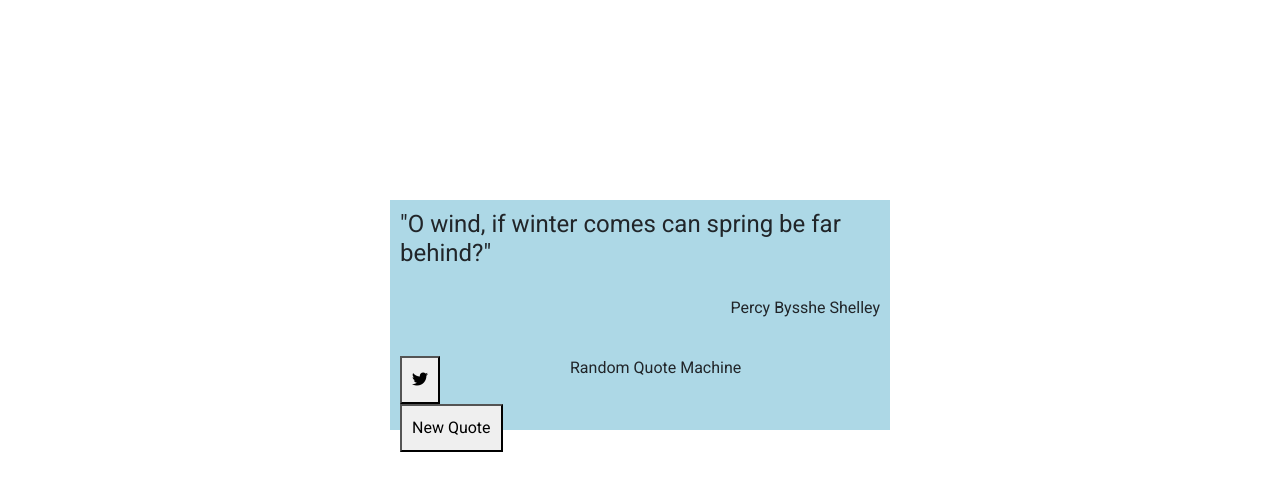
Repository: derektypist/random-quote-machine
Page: index.html
The author's editor kept a record of every edit. The page is drawn from the files as they stood at one moment, then again after the next edit.
The browser window is 1280 px wide. The pictures show the whole page.
Some web libraries are served in a nearby version.

Above is the page before.

### index.html
<!DOCTYPE html>
<html lang="en">

<head>
    <meta charset="UTF-8">
    <meta name="viewport" content="width=device-width, initial-scale=1.0">
    <meta http-equiv="X-UA-Compatible" content="ie=edge">
    <title>Random Quote Machine</title>
    <!-- Load Style Sheets -->
    <link rel="stylesheet" href="https://maxcdn.bootstrapcdn.com/bootstrap/4.4.1/css/bootstrap.min.css" integrity="sha384-Vkoo8x4CGsO3+Hhxv8T/Q5PaXtkKtu6ug5TOeNV6gBiFeWPGFN9MuhOf23Q9Ifjh" crossorigin="anonymous">
    <link rel="stylesheet" href="https://use.fontawesome.com/releases/v5.8.1/css/all.css" integrity="sha384-50oBUHEmvpQ+1lW4y57PTFmhCaXp0ML5d60M1M7uH2+nqUivzIebhndOJK28anvf" crossorigin="anonymous">
    <link href="https://fonts.googleapis.com/css?family=Roboto&display=swap" rel="stylesheet">
    <style>
        /* Quote Box */

        #quote-box {
            font-family: "Roboto", Arial, Verdana, sans-serif;
            background-color: lightblue;
            display: block;
            position: relative;
            top: 200px;
            height: 230px;
            width: 500px;
            margin: auto;

        }

        #text {
            padding: 10px;
        }

        #author {
            text-align: right;
            padding: 10px;
        }

        #my-buttons {
            padding: 10px;
        }



        #tweet-quote button {
            text-align: center;
            padding: 10px;

        }

        #tweet-quote:hover button {
            background-color: orange;
        }

        #new-quote {
            padding: 10px;
        }
    </style>

    <!-- Load Scripts -->
    <script src="https://ajax.googleapis.com/ajax/libs/jquery/3.4.1/jquery.min.js"></script>
    <script>
        // Define Function for New Quote
        function displayNewQuote() {
            // Set Up Random Index

            let randomIndex = Math.floor(Math.random() * 13);

            // Set Up Constants noting use of Escape Characters

            const possibleText = ["\"Hope smiles from the threshold of the year to come whispering.  It will be happier.\"",
                "\"O wind, if winter comes can spring be far behind?\"",
                "\"Spring is nature's way of saying 'Let's Party'.\"",
                "\"Sweet April showers do spring May Flowers.\"",
                "\"As full of spirit as the month of May, and as gorgeous as the sun in Midsummer.\"",
                "\"There are two seasons in Scotland: June and Winter.\"",
                "\"People don't notice whether it's winter or summer when they're happy.\"",
                "\"Summer Afternoon---summer afternoon; to me those have always been the first two beautiful words in the English Language.\"",
                "\"Autumn is a second spring when every leaf is a flower.\"",
                "\"In seed time learn, in harvest teach, in winter enjoy.\"",
                "\"Winter is the time for comfort, for good food and warmth, for the touch of a friendly hand and a talk beside the fire: it is time for home.\"",
                "\"Thank you for your kind words.\"",
                "\"It looks as though you had a great time Derek.\""
            ];
            const text = possibleText[randomIndex];
            const possibleAuthors = ["Alfred Lord Tennyson",
                "Percy Bysshe Shelley",
                "Robin Williams",
                "Thomas Tusser",
                "William Shakespeare",
                "Billy Connolly",
                "Anton Chekhov",
                "Henry James",
                "Albert Camus",
                "William Blake",
                "Edith Sitwell",
                "Daphne Pink",
                "Andrea Harrison"
            ];
            const author = possibleAuthors[randomIndex];


            // Display Text (Quote) and Author
            $("#text").html(`<h4>${text}</h4>`);
            $("#author").html(`<p>${author}</p>`);


            // Set Up Tweet Quote
            let tweetQuote = text + " " + author + "#quotes";
            $("#tweet-quote").html(
                `<a href="https://twitter.com/intent/tweet/${tweetQuote}" target="_blank" title="Tweet">
                    <button type="button">
                        <i class="fab fa-twitter"></i>
                    </button>
                </a>`
            );
        }




        $(document).ready(displayNewQuote);
    </script>

</head>

<body>
    <!-- Set Up Quote Box with Text and Author-->
    <article id="quote-box">
        <article id="text">
        </article>
        <article id="author">
        </article>
        <!-- Set Up Row -->
        <article class="row" id="my-buttons">
            <article class="col-sm-4" id="tweet-quote">
            </article>

            <article class="col-sm-6">
                <!-- Display Title (Random Quote Machine) -->
                <p>Random Quote Machine</p>
            </article>

            <article class="col-sm-4">
                <!-- Set Up New Quote Button -->
                <button onclick="displayNewQuote()" title="New Quote" id="new-quote">New Quote</button>
            </article>

        </article>



    </article>



</body>

</html>

After the next edit:
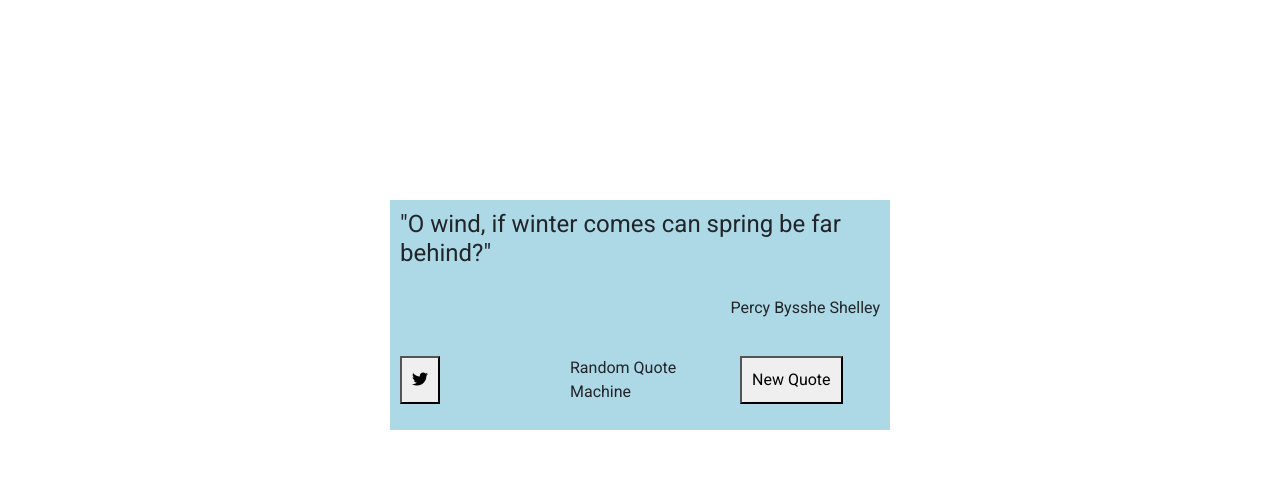
The edit:
--- a/index.html
+++ b/index.html
@@ -134,7 +134,7 @@
             <article class="col-sm-4" id="tweet-quote">
             </article>
 
-            <article class="col-sm-6">
+            <article class="col-sm-4">
                 <!-- Display Title (Random Quote Machine) -->
                 <p>Random Quote Machine</p>
             </article>
